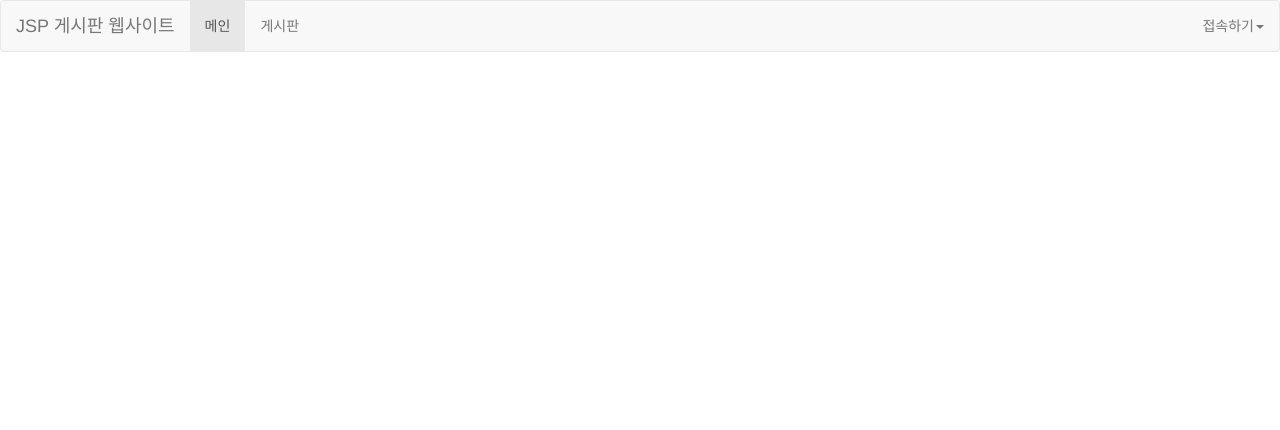
Repository: Minsu9130/JSP-
Page: http://localhost/BBS/main.jsp
An editor plug-in stored every save of this project. The page is shown before and after the next save, followed by the edit.
The browser window is 1280 px wide. The pictures show the whole page.
Some web libraries are served in a nearby version. The page is served by Tomcat 9. Other server files are loaded and not shown.

Above is the page before, as saved 2021-07-23 14:55:59.

### BBS/WebContent/main.jsp
<%@ page language="java" contentType="text/html; charset=UTF-8"
	pageEncoding="UTF-8"%>
<%@ page import="java.io.PrintWriter"%>
<!DOCTYPE html>
<html>
<head>
<meta charset="UTF-8">
<meta name="viewport" content="width=device-width" ,initial-scale="1">
<link rel="stylesheet" href="css/bootstrap.css">
<title>JSP 게시판 웹 사이트</title>
</head>
<body>
	<%
		String userID = null;
		if(session.getAttribute("userID") != null) {
			userID = (String) session.getAttribute("userID");
		}
	%>
	<nav class="navbar navbar-default">
		<div class="navbar-header">
			<button type="button" class="navbar-toggle collapsed"
				data-toggle="collapse" data-target="#bs-example-navbar-collapse-1"
				aria-expanded="false">
				<span class="icon-bar"></span> <span class="icon-bar"></span> <span
					class="icon-bar"></span>
			</button>
			<a class="navbar-brand" href="main.jsp">JSP 게시판 웹사이트</a>
		</div>
		<div class="collapse navbar-collapse"
			id="bs-example-navbar-collapse-1">
			<ul class="nav navbar-nav">
				<li class="active"><a href="main.jsp">메인</a></li>
				<li><a href="bbs.jsp">게시판</a></li>
			</ul>
			<%
				if(userID == null) {
			%>
			<ul class="nav navbar-nav navbar-right">
				<li class="dropdown"><a href="#" class="dropdown-toggle"
					data-toggle="dropdown" role="button" aria-haspopup="true"
					aria-expanded="false">접속하기<span class="caret"></span></a>
					<ul class="dropdown-menu">
						<li><a href="login.jsp">로그인</a></li>
						<li><a href="join.jsp">회원가입</a></li>
					</ul></li>
			</ul>
			<%
				}else {
			%>
				<ul class="nav navbar-nav navbar-right">
				<li class="dropdown"><a href="#" class="dropdown-toggle"
					data-toggle="dropdown" role="button" aria-haspopup="true"
					aria-expanded="false">회원관리<span class="caret"></span></a>
					<ul class="dropdown-menu">
						<li><a href="logoutAction.jsp">로그아웃</a></li>
					</ul></li>
			</ul>

			<%
				}
			%>
		</div>
	</nav>
	<script src="https://code.jquery.com/jquery-3.1.1.min.js"></script>
	<script src="js/bootstrap.js"></script>
</body>
</html>

Loaded but not shown: BBS/WebContent/css/bootstrap.css (library); BBS/WebContent/js/bootstrap.js (library)

After the next save:
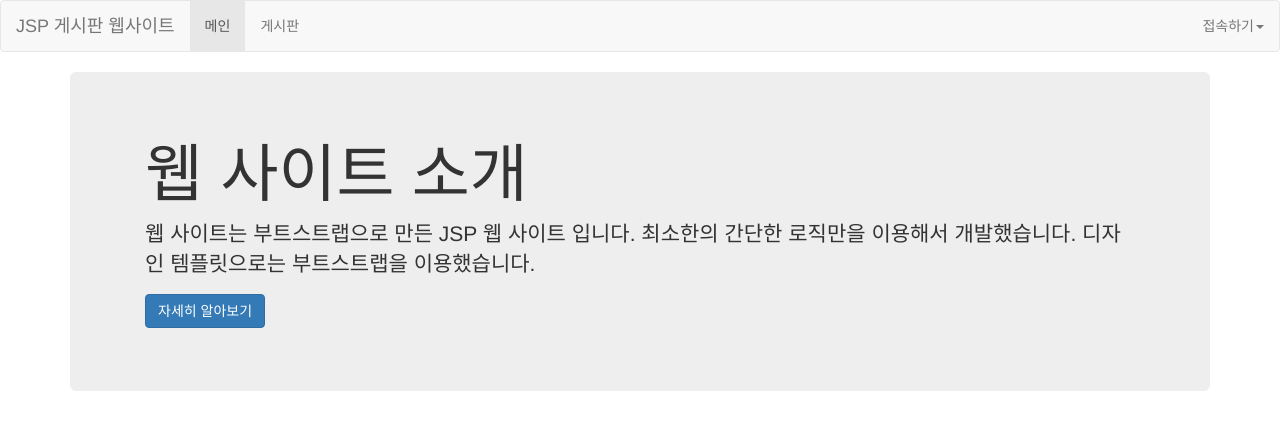
Saved 2 days later.
--- a/BBS/WebContent/main.jsp
+++ b/BBS/WebContent/main.jsp
@@ -61,6 +61,17 @@
 			%>
 		</div>
 	</nav>
+	<div class="container">
+		<div class="jumbotron">
+			<div class="container">
+				<h1>웹 사이트 소개</h1>
+				<p>
+					웹 사이트는 부트스트랩으로 만든 JSP 웹 사이트 입니다. 최소한의 간단한 로직만을 이용해서 개발했습니다. 디자인 템플릿으로는 부트스트랩을 이용했습니다.
+				</p>
+				<p><a class="btn btn-primary btn-pull" href="#" role="button">자세히 알아보기</a></p>
+			</div>
+		</div>
+	</div>
 	<script src="https://code.jquery.com/jquery-3.1.1.min.js"></script>
 	<script src="js/bootstrap.js"></script>
 </body>
